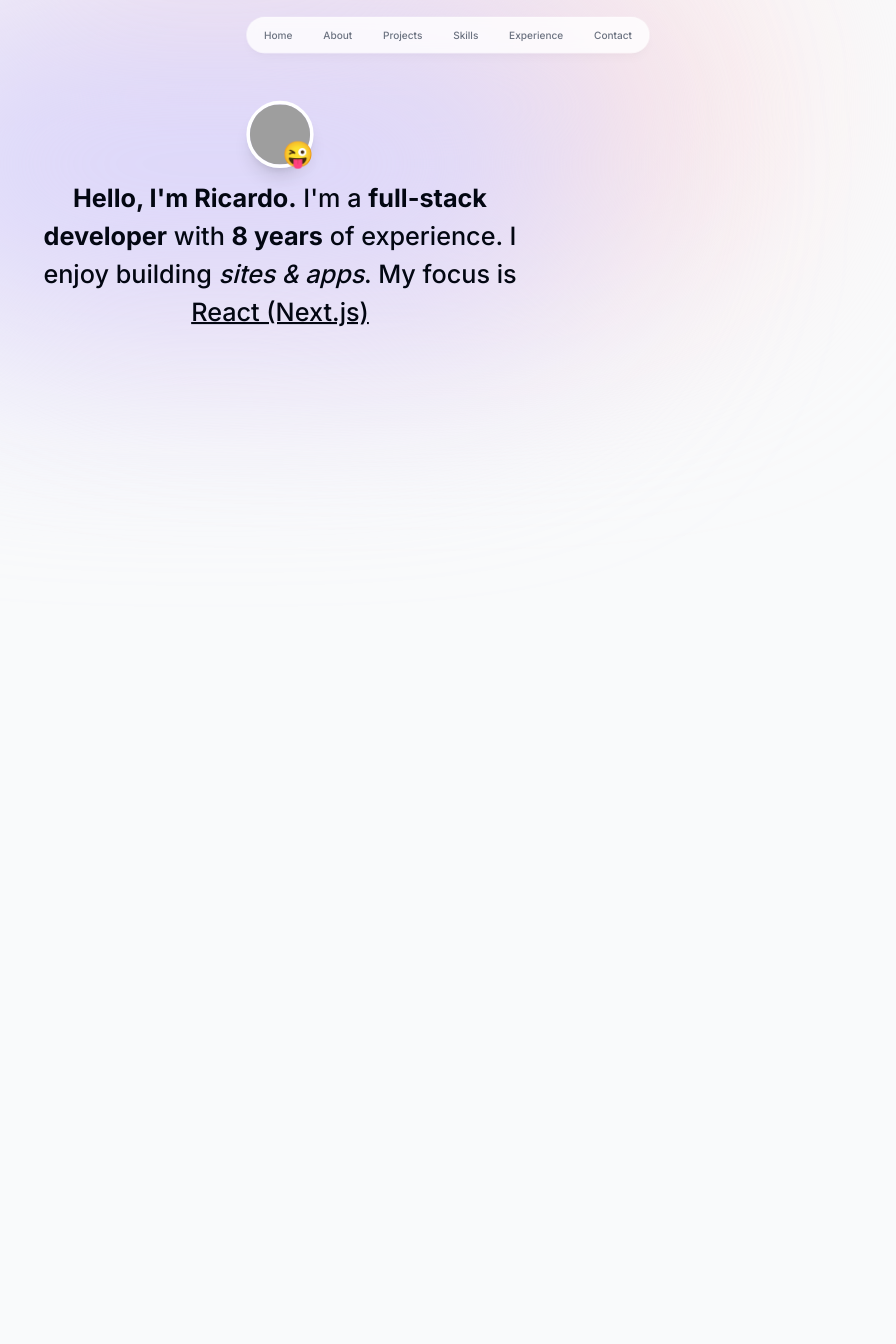
Repository: YUKIKAZE-nanoda/personal-protfolio
Page: /
An editor plug-in stored every save of this project. The page is shown before and after a run of saves, followed by the edit.
The browser window is 1280 px wide. The pictures show the part of the page from y = 0 to 1920 px (the page is 5000 px tall), at 70% of full size.
Pictures or frames that could not be fetched are drawn as grey boxes. The project was rebuilt for these pictures with package versions that can differ from the ones it lists, and the page was loaded fresh each time. The framework's server and built-in components were replaced by stand-ins that run in the browser. Also part of the build but not shown: next.config.js.

Above is the page before, as saved 2023-09-19 15:47:28.

After the next 4 saves:
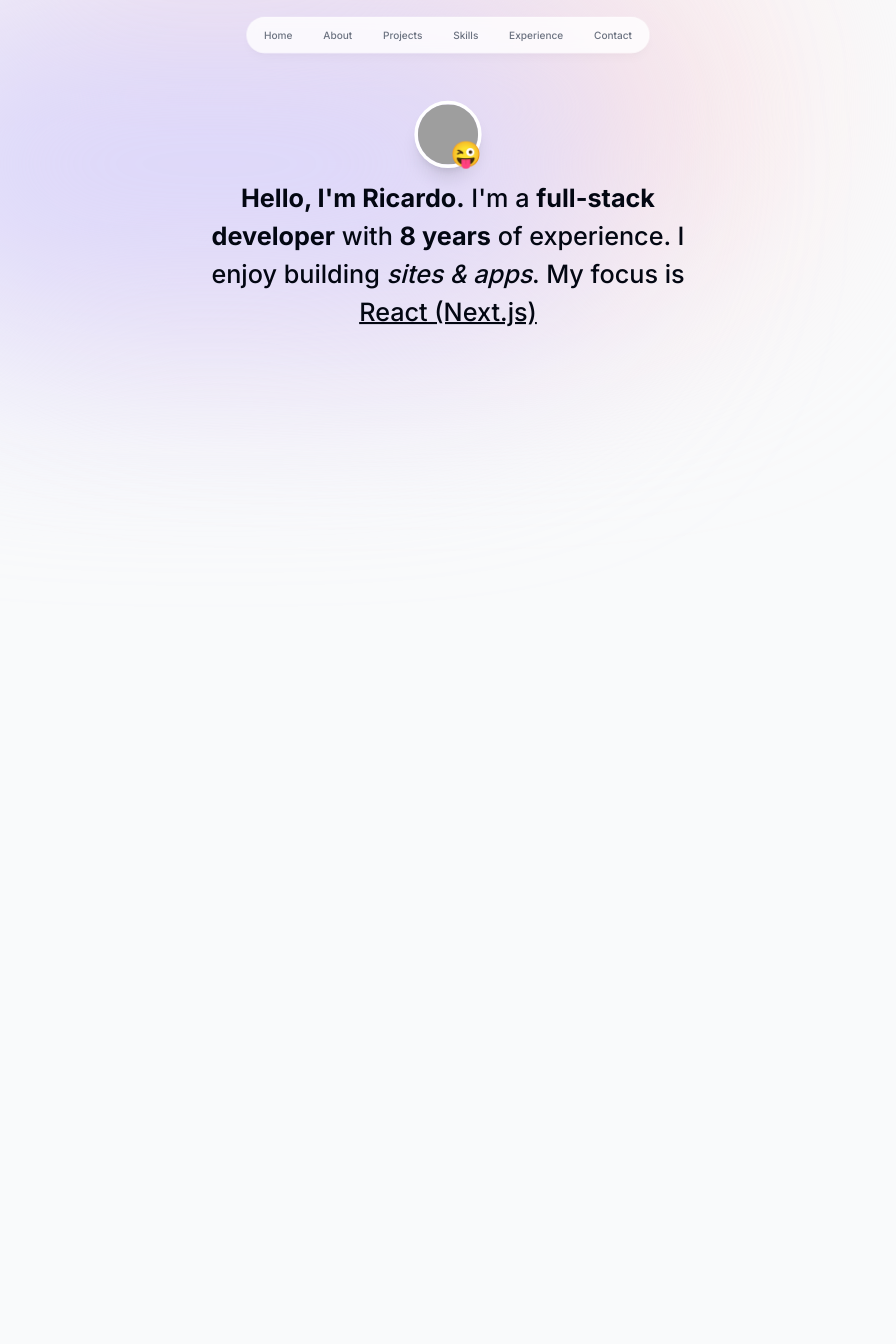
The 4 saves are shown as one change because they came seconds apart.
The last was saved 12 s later.
--- a/app/page.tsx
+++ b/app/page.tsx
@@ -3,7 +3,7 @@ import Image from 'next/image'
 
 export default function Home() {
   return (
-    <main className="flex flex-col">
+    <main className="flex flex-col items-center px-4 ">
       <Intro/>
 
     </main>
